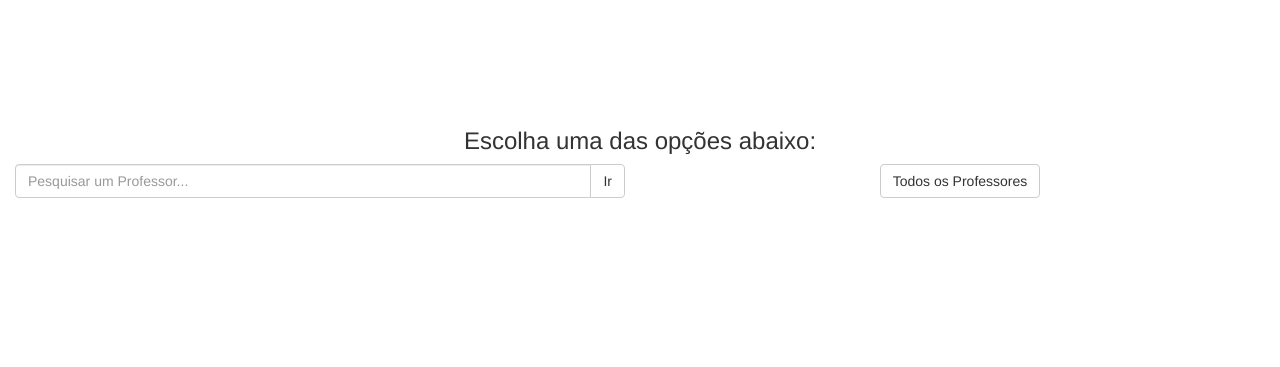
Repository: ipti/br.tag.webservice
Page: http://localhost/Restful-API-TAG/instructors.jsp
An editor plug-in stored every save of this project. The page is shown before and after the next save, followed by the edit.
The browser window is 1280 px wide. The pictures show the whole page.
The page is served by Tomcat 9. Other server files are loaded and not shown.

Above is the page before, as saved 2016-04-27 13:46:43.

### Restful-API-TAG/WebContent/instructors.jsp
<%@ page language="java" contentType="text/html; charset=ISO-8859-1"
    pageEncoding="ISO-8859-1"%>
<!DOCTYPE html PUBLIC "-//W3C//DTD HTML 4.01 Transitional//EN" "http://www.w3.org/TR/html4/loose.dtd">
<html>
<head>
<link rel="stylesheet" href="css/styles.css">
<link href="css/bootstrap.min.css" rel="stylesheet">
<meta http-equiv="Content-Type" content="text/html; charset=ISO-8859-1">
<title>API TAG - Instructors</title>
</head>
<body>
	<div id="instructorsDiv">
		<h3 id="titleInstructor">Escolha uma das opções abaixo:</h3>

		<div class="btn-group-md text-center" role="group" aria-label="...">
			<a type="submit" class="btn btn-default"
				href="${pageContext.request.contextPath}/api/TagService/getInstructors">Todos os Professores</a>

			<div class="col-lg-6">
				<div class="input-group">
					<input type="text" class="form-control" placeholder="Pesquisar um Professor...">
					<span class="input-group-btn">
						<a class="btn btn-default" type="submit" href="${pageContext.request.contextPath}/api/TagService/getInstructors/{inep_id}">Ir</a>
					</span>
				</div>
			</div>
		</div>
	</div>
</body>
</html>

### Restful-API-TAG/WebContent/css/styles.css
@CHARSET "ISO-8859-1";

#mainDiv {
    /* Just to center the form on the page */
    margin: 10% auto;
    width: 400px;
    height: 200px;
    /* To see the outline of the form */
    padding: 1em;
    border: 1px solid #CCC;
    border-radius: 1em;
}

#studentDiv, #schoolDiv, #instructorDiv, #classroomDiv {
    /* Just to center the form on the page */
    margin: 10% auto;
    width: 600px;
    height: 200px;
    /* To see the outline of the form */
    padding: 1em;
    border: 1px solid #CCC;
    border-radius: 1em;
}

#titleH3 {
	text-align: center;
	margin-top: 13%;
}

#titleStudent, #titleSchool, #titleInstructor, #titleClassroom {
	text-align: center;
	margin-top: 10%;
}

Loaded but not shown: Restful-API-TAG/WebContent/css/bootstrap.min.css (library)

After the next save:
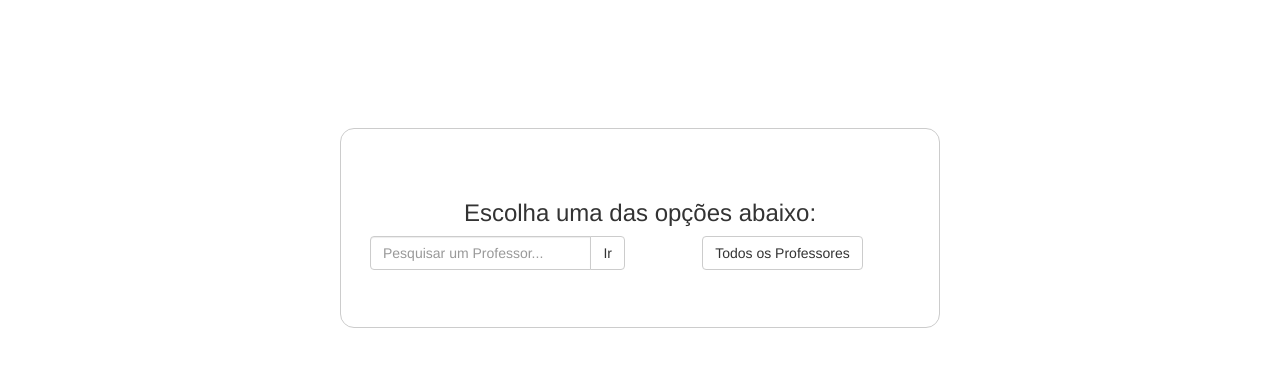
Saved 15 s later.
--- a/Restful-API-TAG/WebContent/instructors.jsp
+++ b/Restful-API-TAG/WebContent/instructors.jsp
@@ -9,7 +9,7 @@
 <title>API TAG - Instructors</title>
 </head>
 <body>
-	<div id="instructorsDiv">
+	<div id="instructorDiv">
 		<h3 id="titleInstructor">Escolha uma das opções abaixo:</h3>
 
 		<div class="btn-group-md text-center" role="group" aria-label="...">
